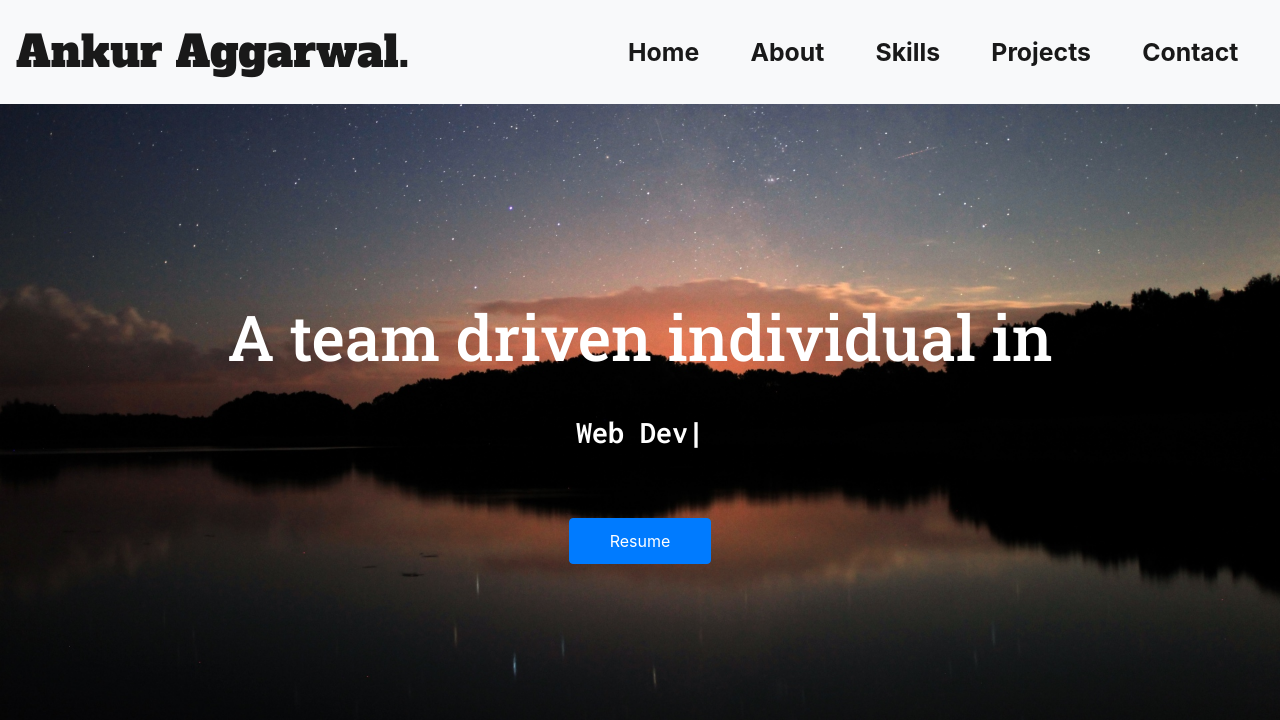
Repository: AnkurDevv/PersonalWebsite
Page: index.html
The author's editor kept a copy of each file at every save. The page is drawn from the files as they stood at one save, then again after the next save.
The browser window is 1280 px wide. The pictures show the whole page.
Some web fonts or font styles are not loaded; a fallback is used.

Above is the page before, as saved 2020-09-13 14:57:19.

### index.html
<!DOCTYPE html>
<html>

<head>
  <meta charset="utf-8">
  <meta http-equiv="X-UA-Compatible" content="IE=edge">
  <title>Ankur Aggarwal</title>
  <meta name="description" content="">
  <meta name="viewport" content="width=device-width, initial-scale=1">
  <!-- Importing Bootstrap here -->
  <link rel="stylesheet" href="https://stackpath.bootstrapcdn.com/bootstrap/4.4.1/css/bootstrap.min.css"
    integrity="sha384-Vkoo8x4CGsO3+Hhxv8T/Q5PaXtkKtu6ug5TOeNV6gBiFeWPGFN9MuhOf23Q9Ifjh" crossorigin="anonymous">
  <!--CUSTOM CSS FOR THE PAGE  -->
  <link rel="stylesheet" href="./style/index.css">
  <!-- FOR COOL ANIMATION EFFECTS -->
  <link rel="stylesheet" href="./style/animate.css">
  <!-- FOR COOL TYPING EFFECTS -->
  <script src="https://cdn.jsdelivr.net/npm/typed.js@2.0.11"></script>
  <!-- FOR GOOGLE FONTS - START -->
  <!-- for main heading -->
  <link
    href="https://fonts.googleapis.com/css2?family=Merienda:wght@700&family=Pacifico&family=Roboto&family=Roboto+Slab:wght@500&display=swap"
    rel="stylesheet">
  <!-- For Sub heading -->
  <link
    href="https://fonts.googleapis.com/css2?family=Inconsolata:wght@700&family=Merienda:wght@700&family=Pacifico&family=Roboto&family=Roboto+Slab:wght@500&display=swap"
    rel="stylesheet">
  <!-- For Navbar Logo -->
  <link href="https://fonts.googleapis.com/css2?family=Alfa+Slab+One&display=swap" rel="stylesheet">
  <!-- FOR GOOGLE FONTS - END -->
</head>

<body>
  <header>
    <nav class="navbar navbar-expand-lg navbar-light bg-light">
      <a class="navbar-brand" id="Brand-logo">Ankur Aggarwal.</a>
      <button class="navbar-toggler" type="button" data-toggle="collapse" data-target="#navbarNav"
        aria-controls="navbarNav" aria-expanded="false" aria-label="Toggle navigation">
        <span class="navbar-toggler-icon"></span>
      </button>
      <div class="collapse navbar-collapse" id="navbarNav">
        <ul class="navbar-nav">
          <li class="nav-item active">
            <a class="nav-link" href="#">Home</a>
          </li>
          <li class="nav-item active">
            <a class="nav-link" href="#">About</a>
          </li>
          <!-- <li class="nav-item active">
            <a class="nav-link" href="#">Why Me?</a>
          </li> -->
          <li class="nav-item active">
            <a class="nav-link" href="#">Skills</a>
          </li>
          <li class="nav-item active">
            <a class="nav-link" href="#">Projects</a>
          </li>
          <li class="nav-item active">
            <a class="nav-link" href="#">Contact</a>
          </li>
        </ul>
      </div>
    </nav>


    <!-- FIRST IMPRESSION SECTION - START -->
    <section class="first-impression-section">
      <div class="row first-impression-row">
        <h1 class="text-center animated fadeInDown" id="MainNameHeading">A team driven individual in
        </h1>
      </div>
      <div class="row">
        <h3 id="MainSubHeading">
          <span id="typed" style="white-space:pre;"></span>
          <!-- <span class="typed-cursor typed-cursor--blink">|</span> -->
        </h3>
      </div>
      <div class="row" id="ResumeDiv">
        <button type="button" class="btn btn-primary" id="ResumeBtn">Resume</button>
      </div>
    </section>
    <!-- FIRST IMPRESSION SECTION - END -->


  </header>

  <script>
    // JS FOR COOL TYPING EFFECT USING TYPE.JS -  START
    var options = {
      strings: ['Web Development.', 'Software Engineering.', 'Product Development.'],
      typeSpeed: 100,
      loop: true,
      backDelay: 800,
      backSpeed: 80,
      startDelay: 1000,
    };
    var typed = new Typed('#typed', options);
// JS FOR COOL TYPING EFFECT USING TYPE.JS -  END
  </script>

  <!-- NECESSARY JS FOR BOOTSTRAP - START -->
  <script src="https://code.jquery.com/jquery-3.4.1.slim.min.js"
    integrity="sha384-J6qa4849blE2+poT4WnyKhv5vZF5SrPo0iEjwBvKU7imGFAV0wwj1yYfoRSJoZ+n"
    crossorigin="anonymous"></script>
  <script src="https://cdn.jsdelivr.net/npm/popper.js@1.16.0/dist/umd/popper.min.js"
    integrity="sha384-Q6E9RHvbIyZFJoft+2mJbHaEWldlvI9IOYy5n3zV9zzTtmI3UksdQRVvoxMfooAo"
    crossorigin="anonymous"></script>
  <script src="https://stackpath.bootstrapcdn.com/bootstrap/4.4.1/js/bootstrap.min.js"
    integrity="sha384-wfSDF2E50Y2D1uUdj0O3uMBJnjuUD4Ih7YwaYd1iqfktj0Uod8GCExl3Og8ifwB6"
    crossorigin="anonymous"></script>
  <!-- NECESSARY JS FOR BOOTSTRAP - END -->

  <!-- ADDING JQUERY - START -->
  <script src="https://ajax.googleapis.com/ajax/libs/jquery/3.5.1/jquery.min.js"></script>
  <!-- ADDING JQUERY - END -->

  <!-- CUSTOM JS FOR THE PAGE - START  -->
  <script src="index.js"></script>
  <!-- CUSTOM JS FOR THE PAGE - END  -->
</body>

</html>

### style/index.css
body{
  margin-left: 0;
  margin-right: 0;
}

/* NAVBAR CSS - START */

#Brand-logo{
  font-family: 'Alfa Slab One', cursive;
  font-size: 270%;
}

.navbar-nav{
  margin-left: auto;
}

.nav-link{
  font-size: 155%;
  font-weight: 700;
  padding: 2vw!important;
}

@media only screen and (max-width: 992px) {
  .nav-link{
    text-align: center;
  }
}

@media only screen and (max-width: 600px) {

  #Brand-logo{
    font-size: 140%;
  }

  .navbar-nav{
    height: 100vh;
  }

  .nav-link{
    margin: 5vh auto;
  }

}

/* NAVBAR CSS - END */

/* FIRST IMPRESSION SECTION CSS - START */
header{
  height: 100vh; /* Takes 100% of the screen size */
  background-image:url(../images/sunset_skyline_lake_reflection_114025_1920x1080.jpg);
  -webkit-background-size: cover;
  background-position: center;
  overflow: hidden;
}

#MainNameHeading{
  margin: 0 auto;
  margin-top: 27vh;
  font-size: 395%;
  color: white;
  font-family: 'Roboto Slab', serif;
  padding-bottom: 3%;
}

#MainSubHeading{
  margin: 0 auto;
  color: white;
  text-align: -webkit-center;
  font-family: 'Inconsolata', monospace;
  font-size: xx-large;
}

#ResumeBtn{
  margin: 5% auto;
  padding: 10px 3%;
}
/* FIRST IMPRESSION SECTION CSS - ENDS */

### index.js
// CHANGING NAVBAR COLOR WHEN A USER HOVERS OVER A LINK
$(document).ready(function () {

  // makes nav transparent when user hovers on a link
  $(".nav-link").hover(function () {
    $('.navbar').addClass('bg-dark').removeClass('bg-light');
    $('#Brand-logo').css("color", "white");
    $('.nav-link').css("color", "white");
    $('.navbar-toggler').css("color", "white");
  });

  // makes nav non-transparent when user hovers on a link
  $(".navbar").mouseleave(function () {
    $('.navbar').addClass('bg-light').removeClass('bg-dark');
    $('#Brand-logo').css("color", "black");
    $('.nav-link').css("color", "black");
    $('.navbar-toggler').css("color", "black");
  });

});

Loaded but not shown: style/animate.css (library)

After the next save:
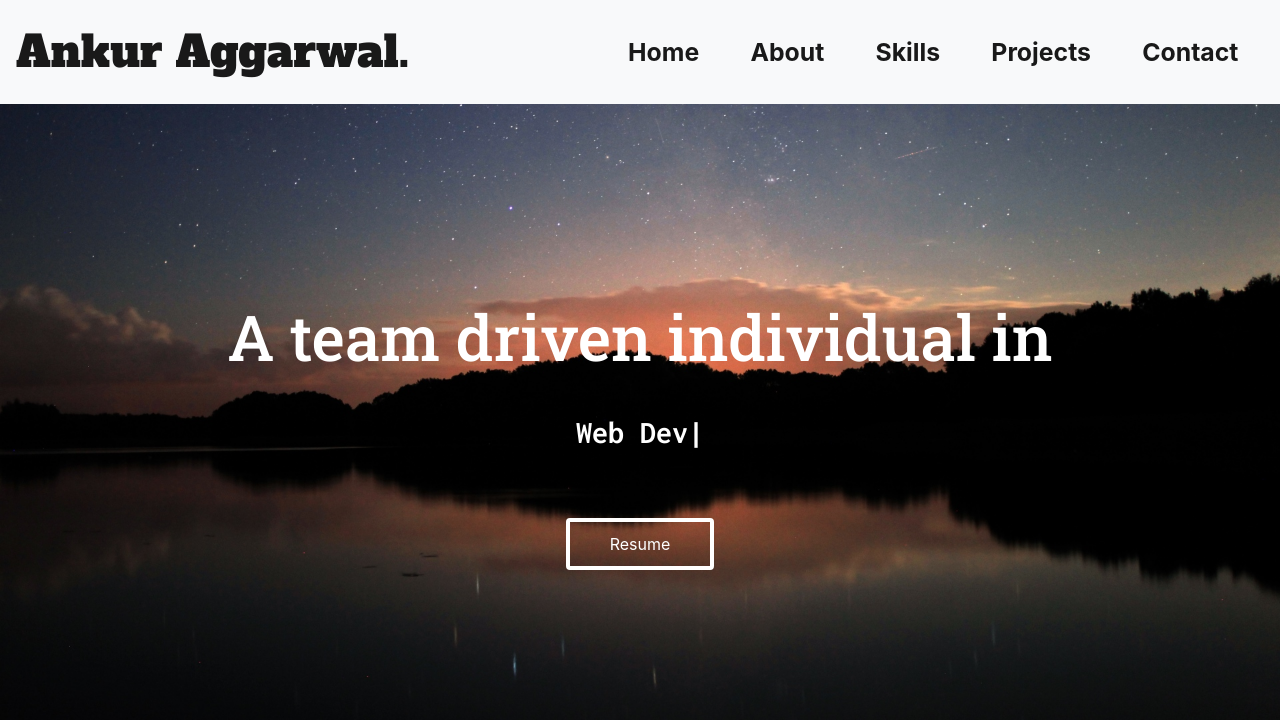
Saved 4 min 33 s later.
--- a/style/index.css
+++ b/style/index.css
@@ -73,5 +73,7 @@ header{
 #ResumeBtn{
   margin: 5% auto;
   padding: 10px 3%;
+  background-color: transparent;
+  border: 4px solid white;
 }
 /* FIRST IMPRESSION SECTION CSS - ENDS */
